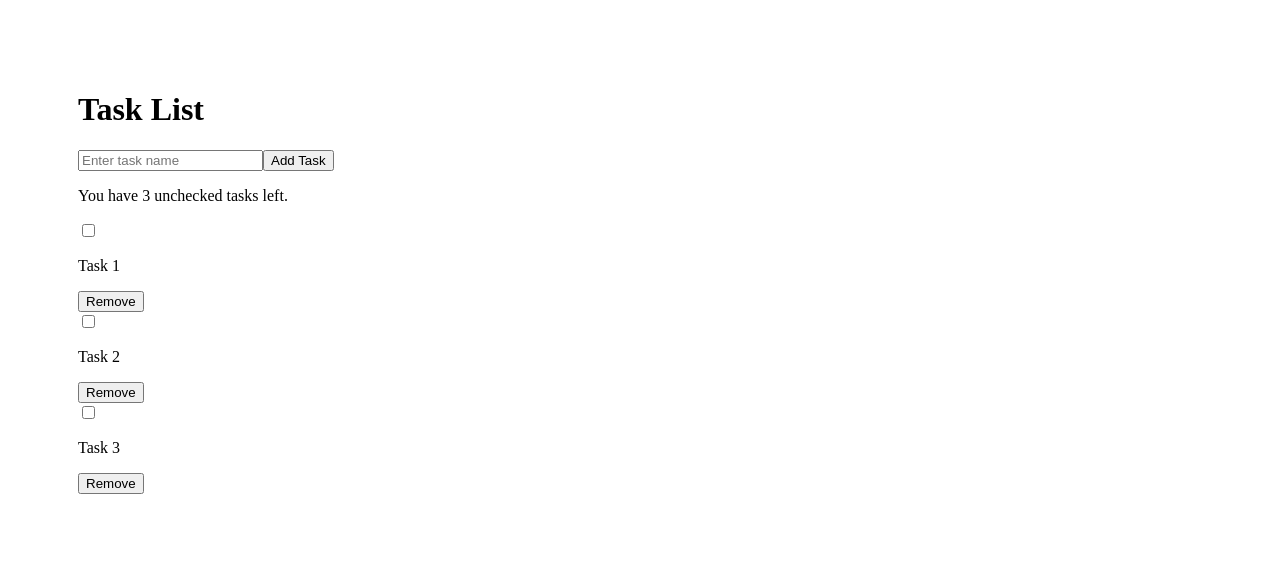
Repository: SandyLy453/task-list
Page: /
These files come from the project's save history. The page is drawn as it stood at one moment and after the next save; the edit follows.
The browser window is 1280 px wide. The pictures show the whole page.
The project was rebuilt for these pictures with package versions that can differ from the ones it lists, and the page was loaded fresh each time. Also part of the build but not shown: vite.config.js.

Above is the page before, as saved 2024-10-11 15:15:20.

After the next save:
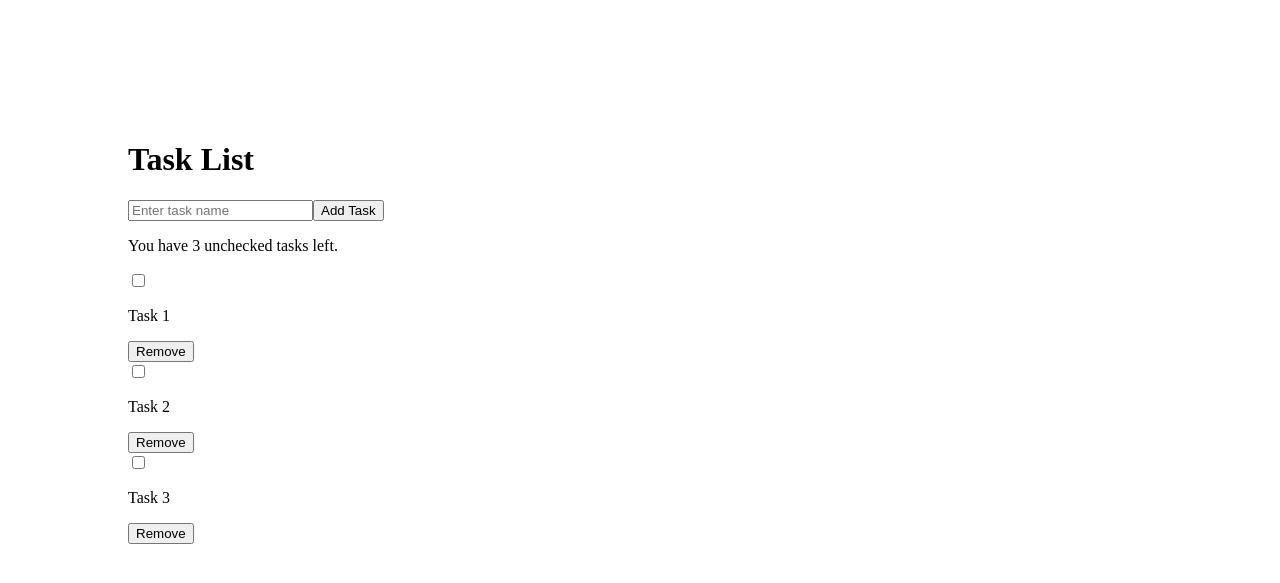
Saved 14 s later.
--- a/src/index.css
+++ b/src/index.css
@@ -1,4 +1,4 @@
 .container {
   padding: 20px;
-  margin: 50px;
+  margin: 100px;
 }
